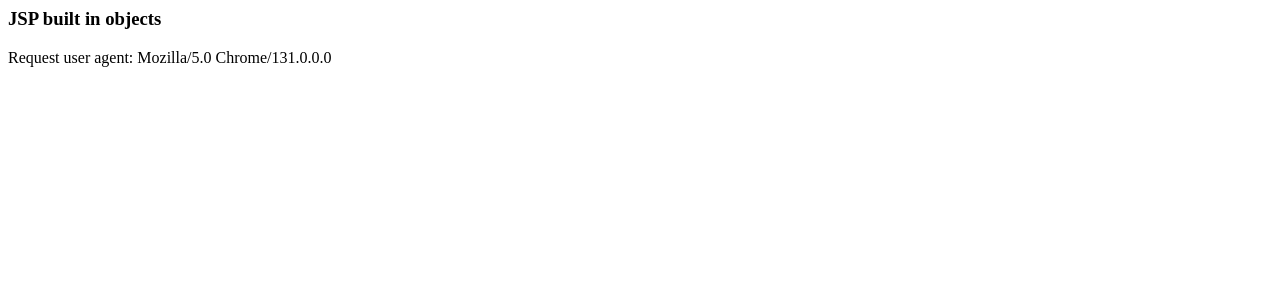
Repository: shailajaJ/database_app
Page: http://localhost/jspdemp/builtin-test.jsp
The author's editor kept a copy of each file at every save. The page is drawn from the files as they stood at one save, then again after the next save.
The browser window is 1280 px wide. The pictures show the whole page.
The page is served by Tomcat 9. Other server files are loaded and not shown.

Above is the page before, as saved 2017-03-12 16:42:48.

### jsp-servlets/jspdemp/WebContent/builtin-test.jsp
<html>
<body>
<h3>JSP built in objects</h3>
Request user agent: <%= request.getHeader("User-Agent") %>
<br></br>
</body>
</html>

After the next save:
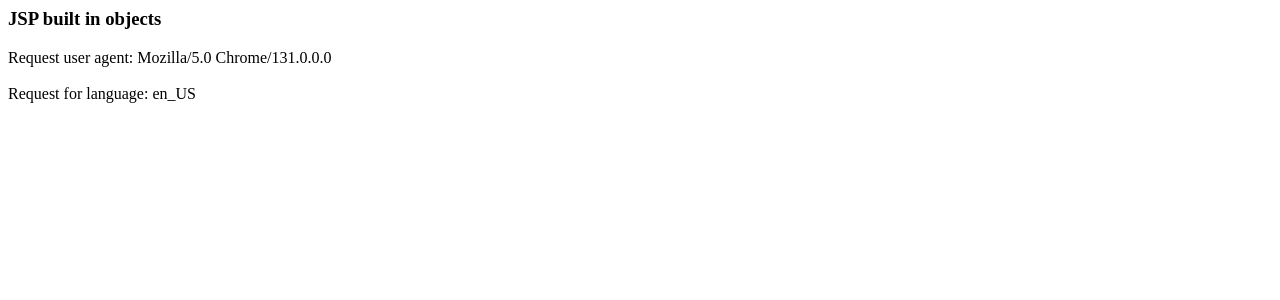
Saved 31 s later.
--- a/jsp-servlets/jspdemp/WebContent/builtin-test.jsp
+++ b/jsp-servlets/jspdemp/WebContent/builtin-test.jsp
@@ -3,5 +3,6 @@
 <h3>JSP built in objects</h3>
 Request user agent: <%= request.getHeader("User-Agent") %>
 <br></br>
+Request for language: <%= request.getLocale() %>
 </body>
 </html>
